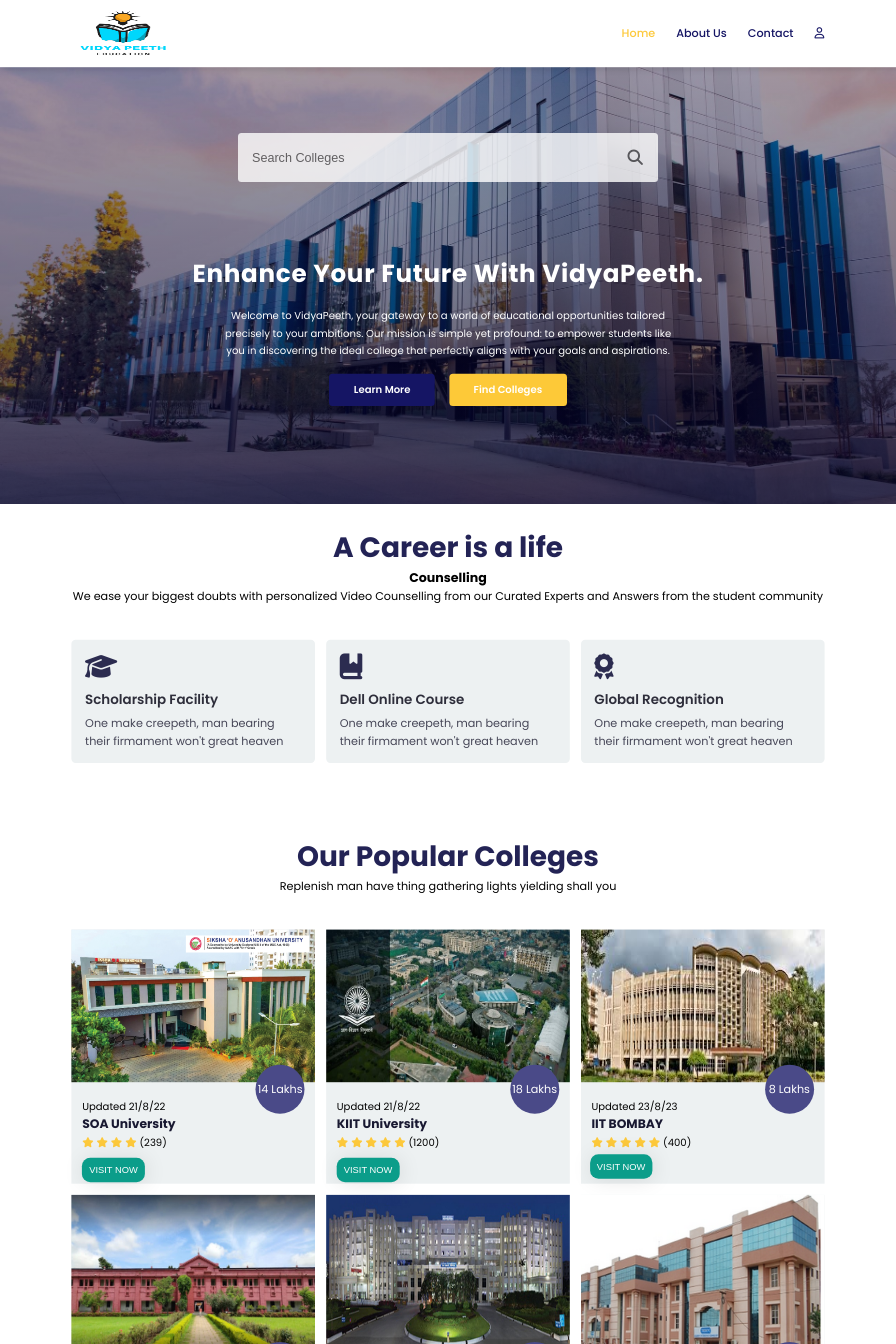
Repository: NamanSahu09/VidyaPreet-Ed-Tech-Website
Page: index.html
The author's editor kept a copy of each file at every save. The page is drawn from the files as they stood at one save, then again after the next save.
The browser window is 1280 px wide. The pictures show the part of the page from y = 0 to 1920 px (the page is 3953 px tall), at 70% of full size.
Some web libraries are served in a nearby version.

Above is the page before, as saved 2024-04-15 01:18:36.

After the next save:
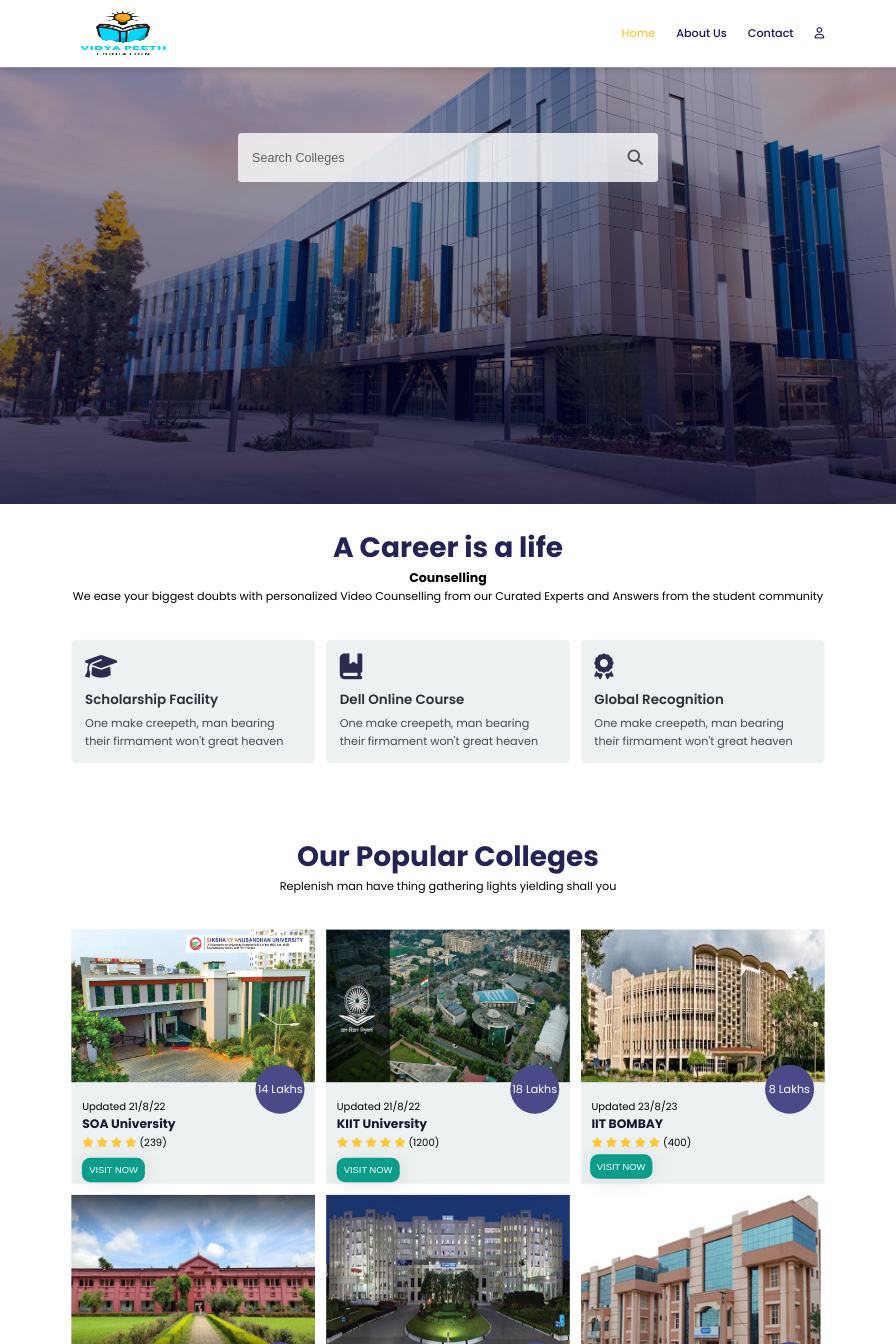
Saved 14 s later.
--- a/index.html
+++ b/index.html
@@ -125,16 +125,7 @@
 				</div>
 			</div>
 
-		<h2>
-			Enhance Your Future With VidyaPeeth.
-		</h2>
-		<p>
-			Welcome to VidyaPeeth, your gateway to a world of educational opportunities tailored precisely to your ambitions. Our mission is simple yet profound: to empower students like you in discovering the ideal college that perfectly aligns with your goals and aspirations.
-		</p>
-		<div class="btn">
-			<a href="#" class="blue">Learn More</a>
-			<a href="#" class="yellow">Find Colleges</a>
-		</div>
+
 
 	</section>
 	<!-- Hero section ends from here -->

After the save that followed:
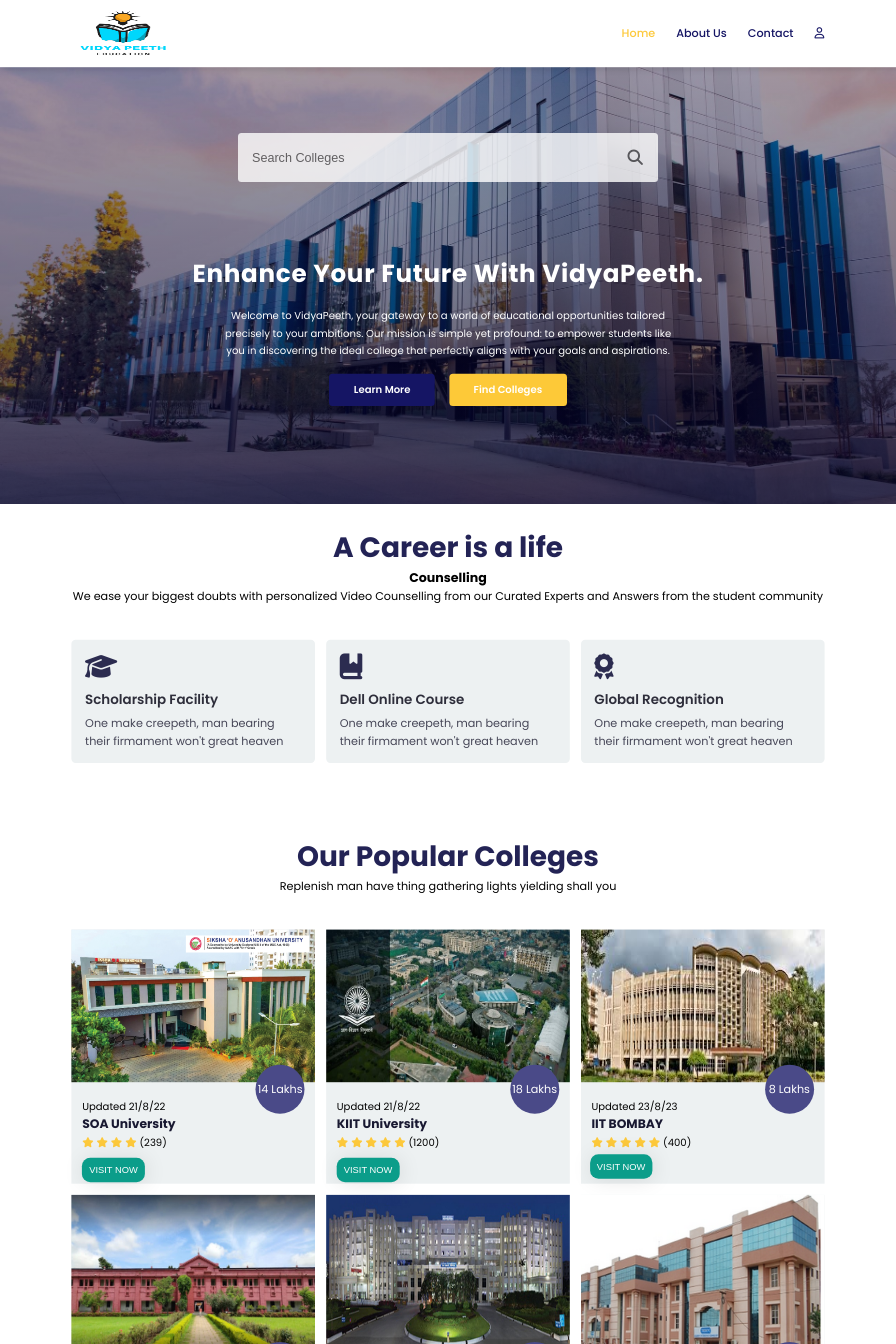
Saved 3 min 2 s later.
--- a/index.html
+++ b/index.html
@@ -125,7 +125,16 @@
 				</div>
 			</div>
 
-
+		<h2>
+			Enhance Your Future With VidyaPeeth.
+		</h2>
+		<p>
+			Welcome to VidyaPeeth, your gateway to a world of educational opportunities tailored precisely to your ambitions. Our mission is simple yet profound: to empower students like you in discovering the ideal college that perfectly aligns with your goals and aspirations.
+		</p>
+		<div class="btn">
+			<a href="#" class="blue">Learn More</a>
+			<a href="#" class="yellow">Find Colleges</a>
+		</div>
 
 	</section>
 	<!-- Hero section ends from here -->
